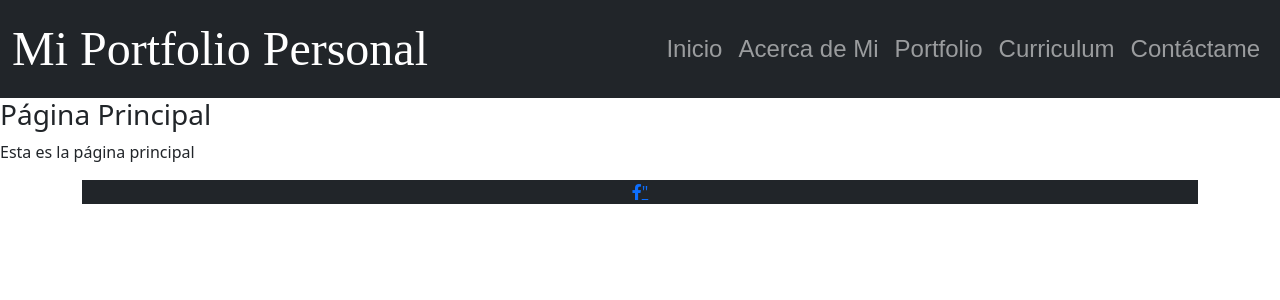
Repository: AlejandroJesusSerrano/portfolio
Page: http://localhost/
An editor plug-in stored every save of this project. The page is shown before and after the next save, followed by the edit.
The browser window is 1280 px wide. The pictures show the whole page.
Some web fonts or font styles are not loaded; a fallback is used. The page is served by the project's application, run on Django 4.2 (manage.py).

Above is the page before, as saved 2023-09-05 15:40:39.

After the next save:
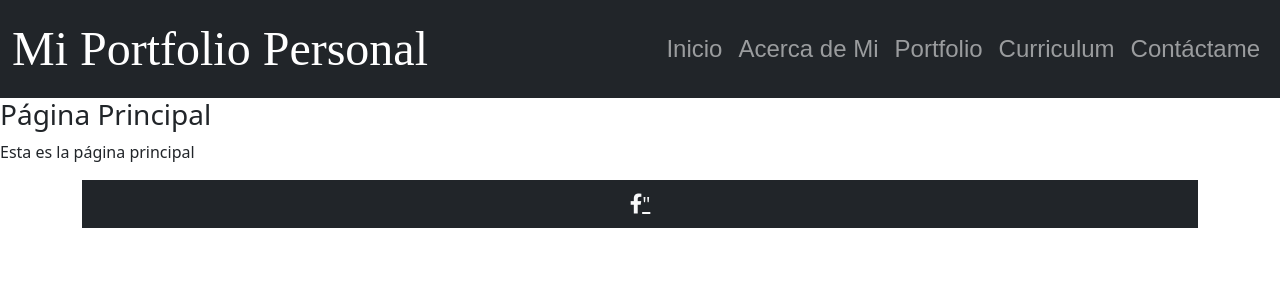
Saved 2 min 17 s later.
--- a/portfolio/core/templates/core/base.html
+++ b/portfolio/core/templates/core/base.html
@@ -51,7 +51,8 @@
     <footer class="bg-dark text-center text-light">
       <section class="mb-4">
         <div class="container">
-          <a href="#"><i class="fab fa-facebook-f"></i>"</a>
+          <a class="btn btn-link btn-floating btn-lg text-light" href="#" role="button"><i
+              class="fab fa-facebook-f"></i>"</a>
         </div>
       </section>
     </footer>
